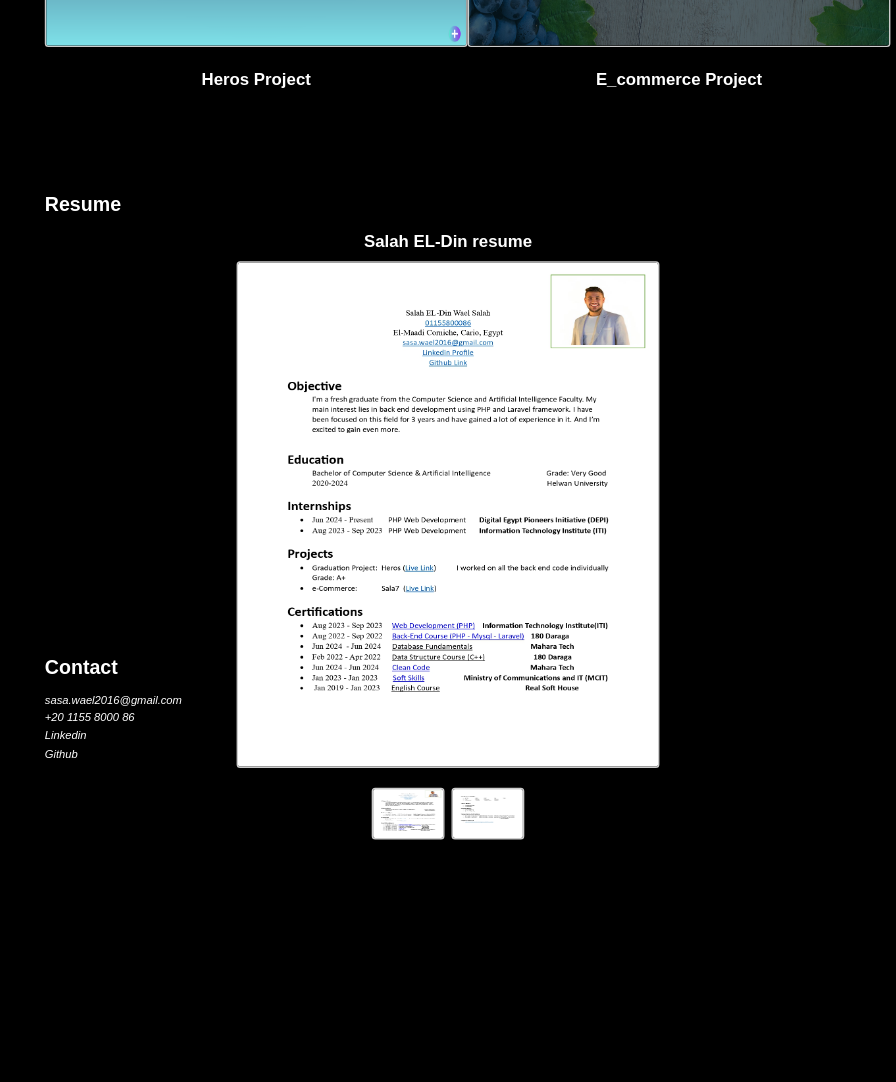
Repository: Salah-Wael/Salah-EL-Din-Portfolio
Page: index.html
An editor plug-in stored every save of this project. The page is shown before and after the next save, followed by the edit.
The browser window is 1280 px wide. The pictures show the part of the page from y = 1175 to 3095 px (the page is 2720 px tall before and 3095 px after), at 70% of full size.

Above is the page before, as saved 2024-07-27 23:06:43.

After the next save:
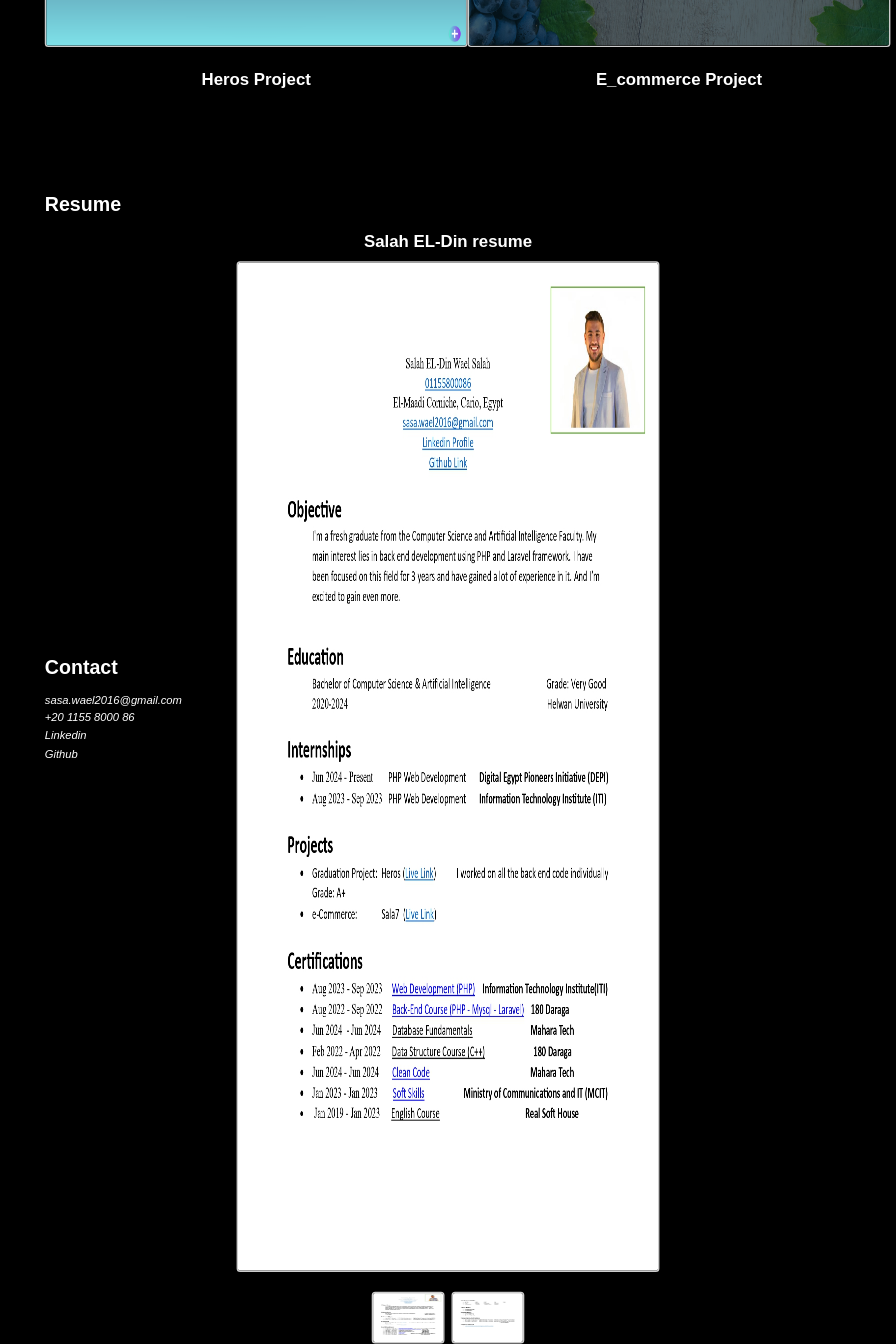
Saved 9 s later.
--- a/style.css
+++ b/style.css
@@ -230,7 +230,7 @@ section p {
 }
 #resume .image-display img {
   width: 600px;
-  height: 100vh;
+  height: 200vh;
   border: 2px solid #ccc;
   border-radius: 5px;
   box-shadow: 0 2px 5px rgba(0, 0, 0, 0.1);
